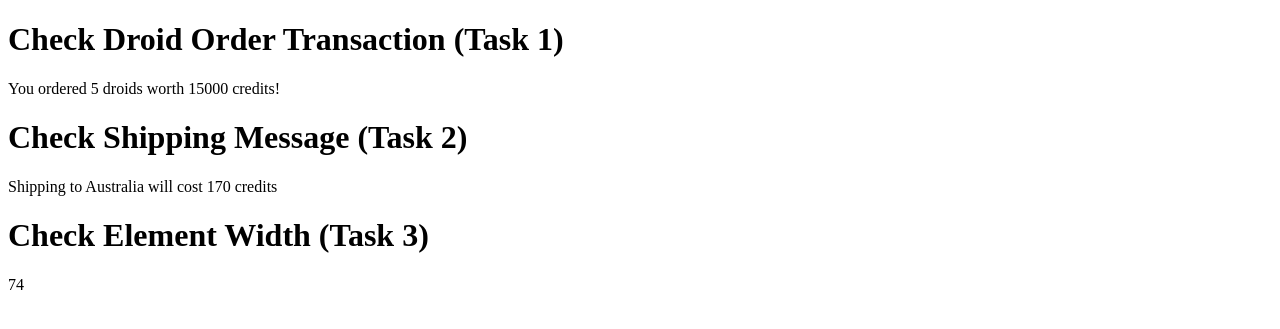
Repository: SvitSh/goit-js-hw-01
Page: index.html
The author's editor kept a copy of each file at every save. The page is drawn from the files as they stood at one save, then again after the next save.
The browser window is 1280 px wide. The pictures show the whole page.

Above is the page before, as saved 2025-03-23 21:51:26.

After the next save:
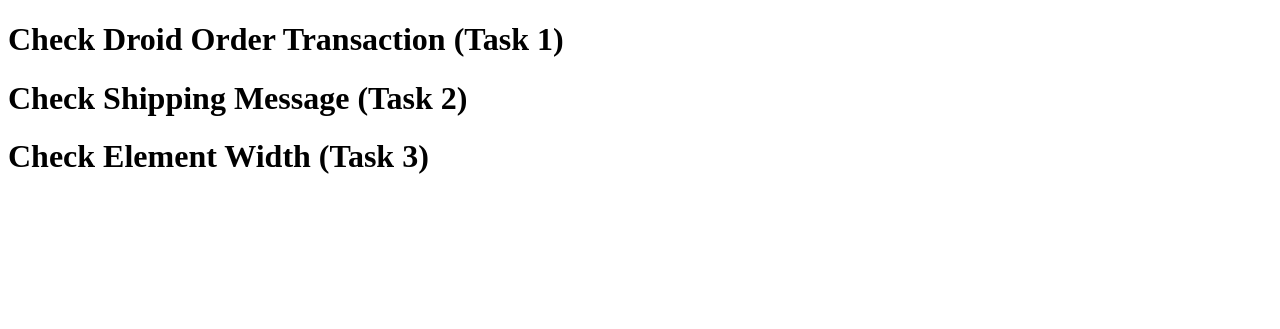
Saved 14 min 9 s later.
--- a/index.html
+++ b/index.html
@@ -7,16 +7,13 @@
   </head>
   <body>
     <h1>Check Droid Order Transaction (Task 1)</h1>
-    <p id="result1"></p>
-    <!-- Результат для Task 1 -->
+    <p id="result1"></p> <!-- Результат для Task 1 -->
 
     <h1>Check Shipping Message (Task 2)</h1>
-    <p id="result2"></p>
-    <!-- Результат для Task 2 -->
+    <p id="result2"></p> <!-- Результат для Task 2 -->
 
     <h1>Check Element Width (Task 3)</h1>
-    <p id="result3"></p>
-    <!-- Результат для Task 3 -->
+    <p id="result3"></p> <!-- Результат для Task 3 -->
 
     <!-- Подключение файлов с задачами -->
     <script src="js/task-1.js"></script>
@@ -27,11 +24,4 @@
       // Вызов функции для первой задачи
       document.getElementById('result1').innerText = makeTransaction(5, 3000);
 
-      // Вызов функции для второй задачи
-      document.getElementById('result2').innerText = getShippingMessage("Australia", 120, 50);
-
-      // Вызов функции для третьей задачи
-      document.getElementById('result3').innerText = getElementWidth("50px", "8px", "4px");
-    </script>
-  </body>
-</html>
+      // Выз
